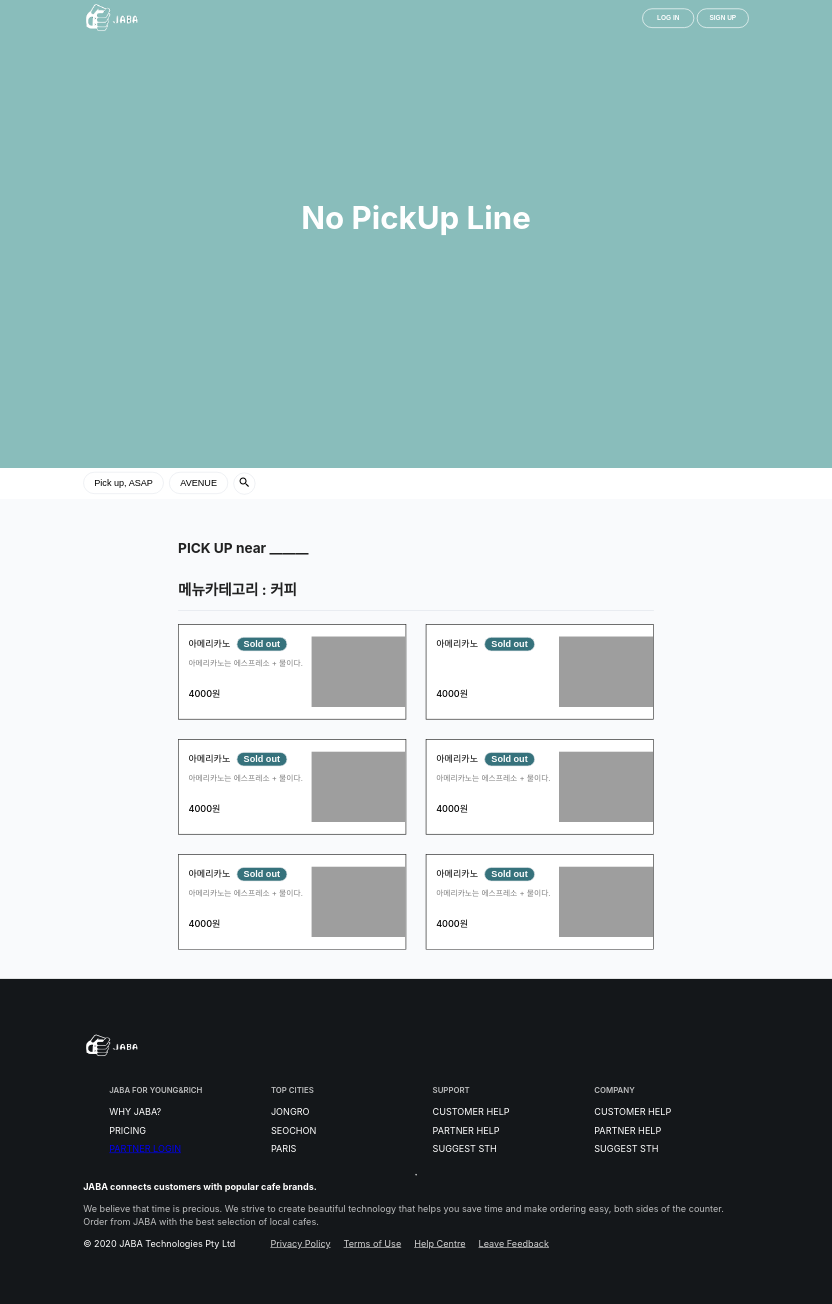
Repository: kitschiest/jaba
Page: http://localhost/JABA/menu.jsp
These files come from the project's save history. The page is drawn as it stood at one moment and after the next save; the edit follows.
The browser window is 1280 px wide. The pictures show the whole page, at 65% of full size.
Pictures or frames that could not be fetched are drawn as grey boxes. The page is served by Tomcat 9.

Above is the page before, as saved 2020-11-13 03:45:15.
Console error: TypeError: $(...).dbclick is not a function

After the next save:
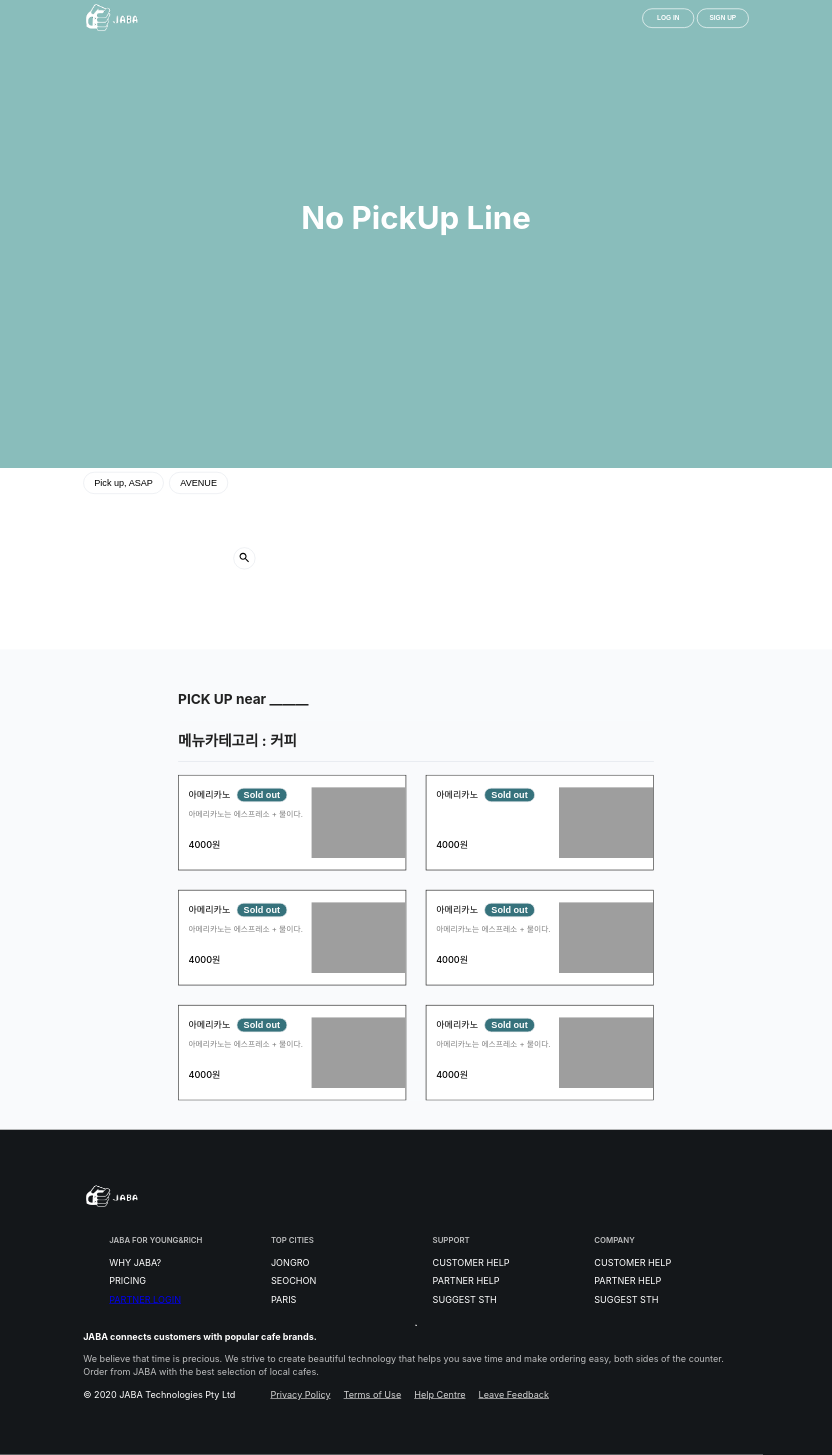
Saved 62 s later.
--- a/JABA/WebContent/menu.jsp
+++ b/JABA/WebContent/menu.jsp
@@ -335,6 +335,7 @@
 						<input type="text" placeholder="Acai or Latte">
 					</div>
 				</button>
+				<svg class="MuiSvgIcon-root search-term__close" focusable="false" viewBox="0 0 24 24" aria-hidden="true" role="presentation"><path fill="none" d="M0 0h24v24H0V0z" opacity=".87"></path><path d="M12 2C6.47 2 2 6.47 2 12s4.47 10 10 10 10-4.47 10-10S17.53 2 12 2zm4.3 14.3c-.39.39-1.02.39-1.41 0L12 13.41 9.11 16.3c-.39.39-1.02.39-1.41 0a.9959.9959 0 0 1 0-1.41L10.59 12 7.7 9.11a.9959.9959 0 0 1 0-1.41c.39-.39 1.02-.39 1.41 0L12 10.59l2.89-2.89c.39-.39 1.02-.39 1.41 0 .39.39.39 1.02 0 1.41L13.41 12l2.89 2.89c.38.38.38 1.02 0 1.41z"></path></svg>
 				</div>
 			</div>
 		</div>

After the save that followed:
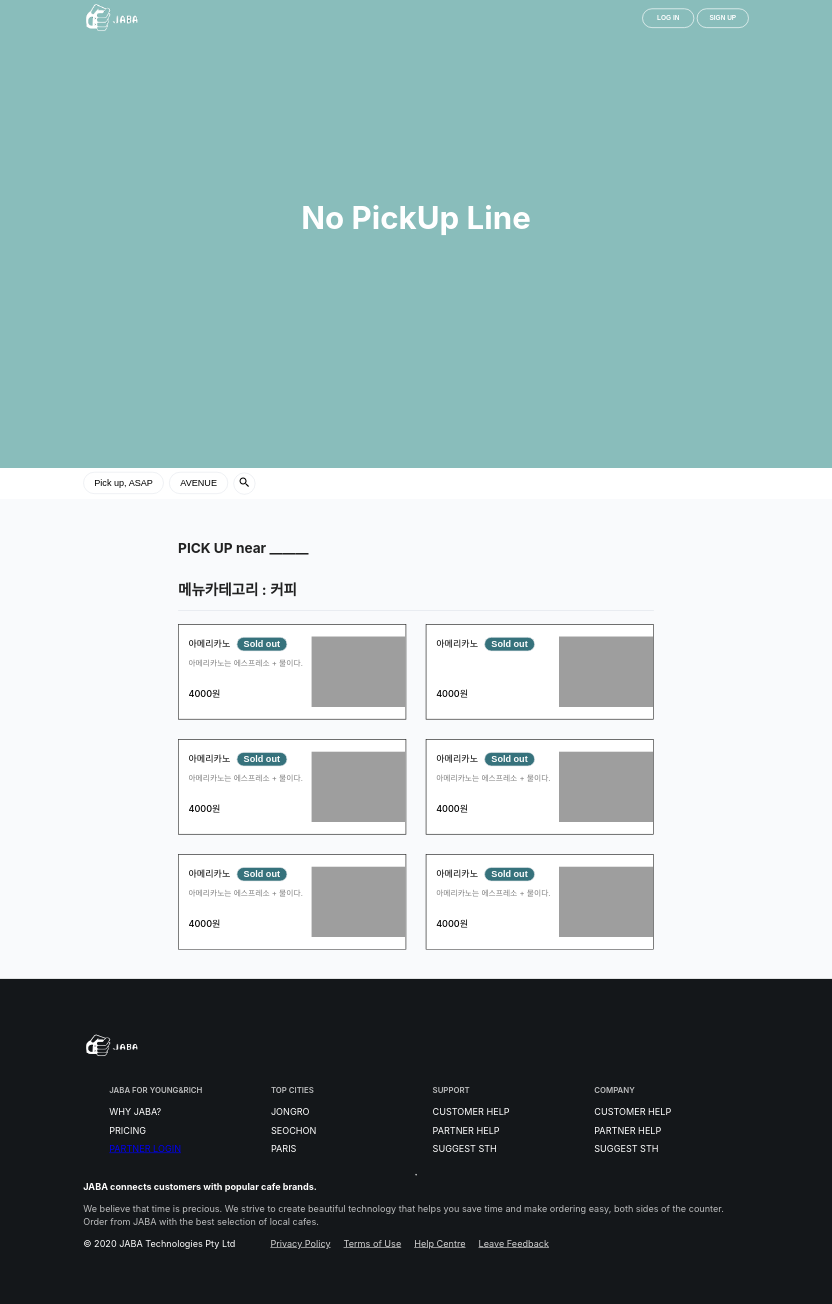
Saved 8 s later.
--- a/JABA/WebContent/menu.jsp
+++ b/JABA/WebContent/menu.jsp
@@ -335,7 +335,7 @@
 						<input type="text" placeholder="Acai or Latte">
 					</div>
 				</button>
-				<svg class="MuiSvgIcon-root search-term__close" focusable="false" viewBox="0 0 24 24" aria-hidden="true" role="presentation"><path fill="none" d="M0 0h24v24H0V0z" opacity=".87"></path><path d="M12 2C6.47 2 2 6.47 2 12s4.47 10 10 10 10-4.47 10-10S17.53 2 12 2zm4.3 14.3c-.39.39-1.02.39-1.41 0L12 13.41 9.11 16.3c-.39.39-1.02.39-1.41 0a.9959.9959 0 0 1 0-1.41L10.59 12 7.7 9.11a.9959.9959 0 0 1 0-1.41c.39-.39 1.02-.39 1.41 0L12 10.59l2.89-2.89c.39-.39 1.02-.39 1.41 0 .39.39.39 1.02 0 1.41L13.41 12l2.89 2.89c.38.38.38 1.02 0 1.41z"></path></svg>
+
 				</div>
 			</div>
 		</div>
